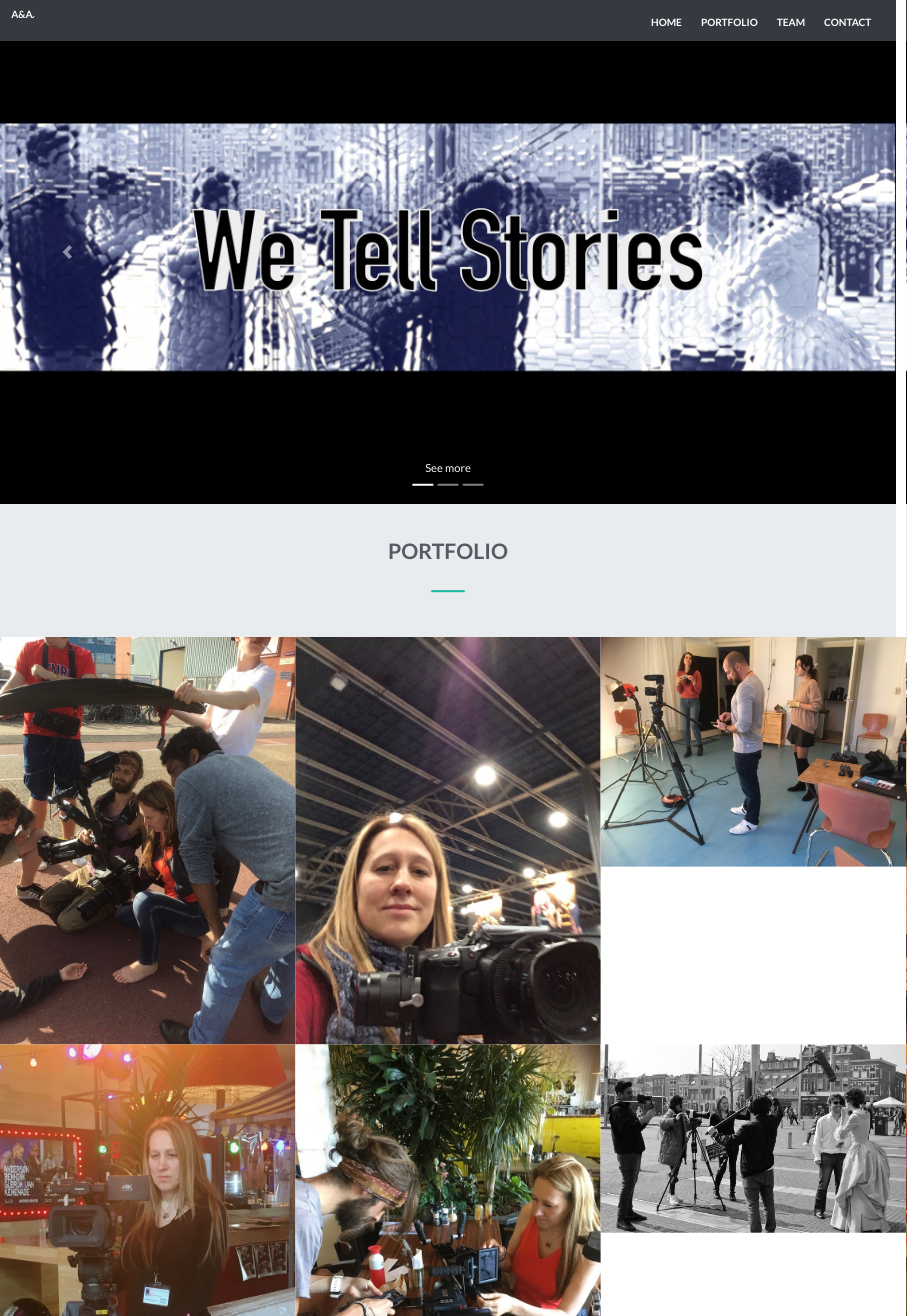
Repository: amorawskanew/My-first-website1
Page: index.html
The author's editor kept a record of every edit. The page is drawn from the files as they stood at one moment, then again after the next edit.
The browser window is 1280 px wide. The page is 1295 px wide, so the pictures cover 1295 px, including what lies to the right of the window. The pictures show the part of the page from y = 0 to 1880 px (the page is 3240 px tall), at 70% of full size.
Some web libraries are served in a nearby version.

Above is the page before.

After the next edit:
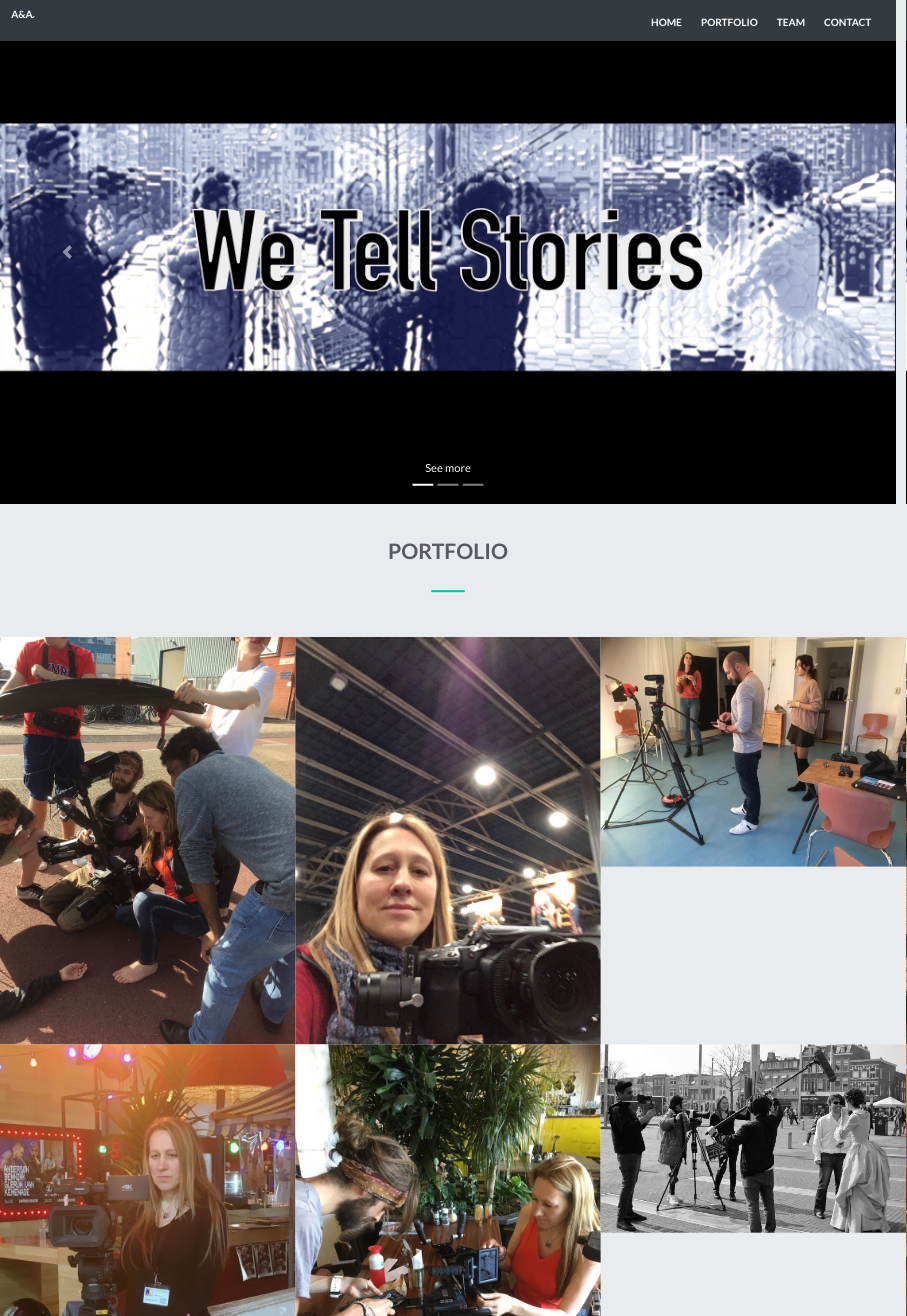
The edit:
--- a/style.css
+++ b/style.css
@@ -4,6 +4,8 @@
     overflow-x: hidden;
     font-family: 'Lato', sans-serif;
     color: #585962;
+     background-color:#e9ecef;
+
 }
 
 .offset:before {
